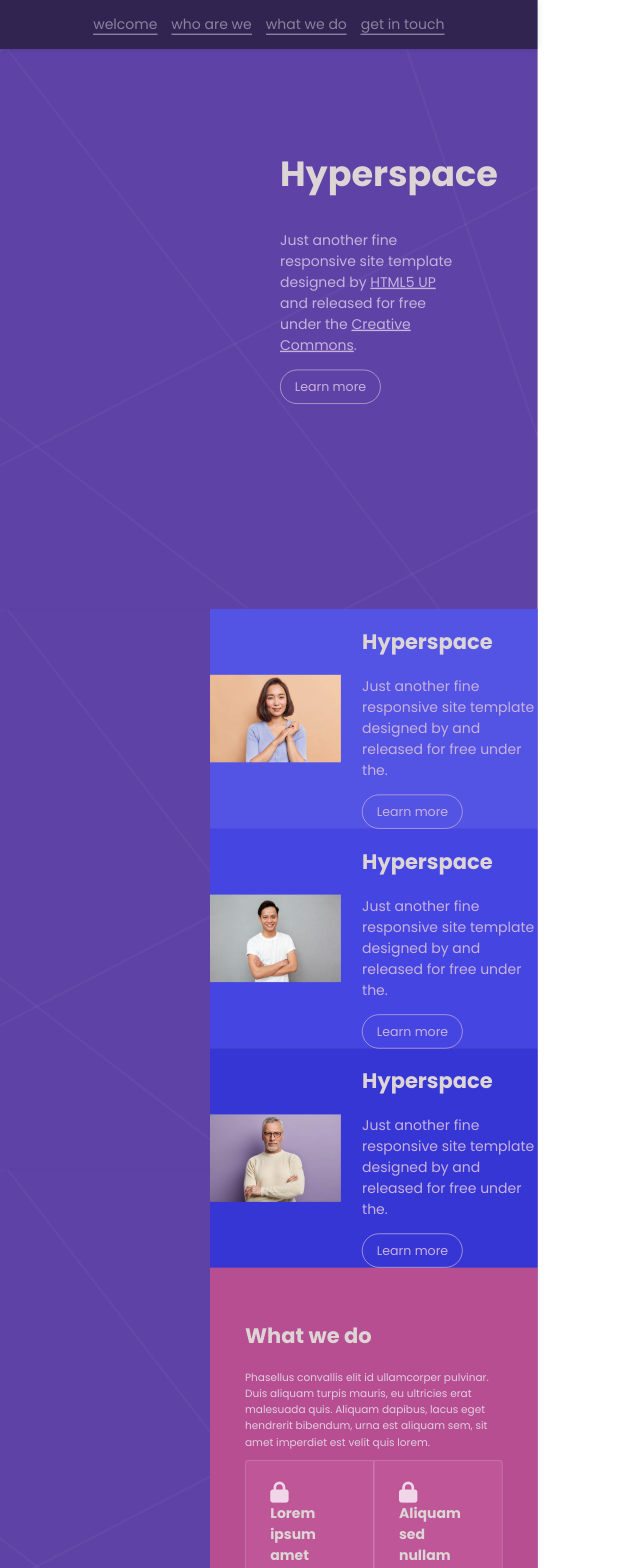
Repository: zai31/KIMIT_Tasks
Page: JsSession8/index.html
The author's editor kept a copy of each file at every save. The page is drawn from the files as they stood at one save, then again after a run of saves.
The browser window is 768 px wide. The page is 909 px wide, then 768 px, so the pictures cover 909 px, including what lies to the right of the window. The pictures show the part of the page from y = 0 to 2240 px (the page is 4439 px tall before and 3612 px after), at 70% of full size.
Backgrounds fixed to the window are drawn as part of the page.

Above is the page before, as saved 2025-09-16 17:01:39.

After the next 4 saves:
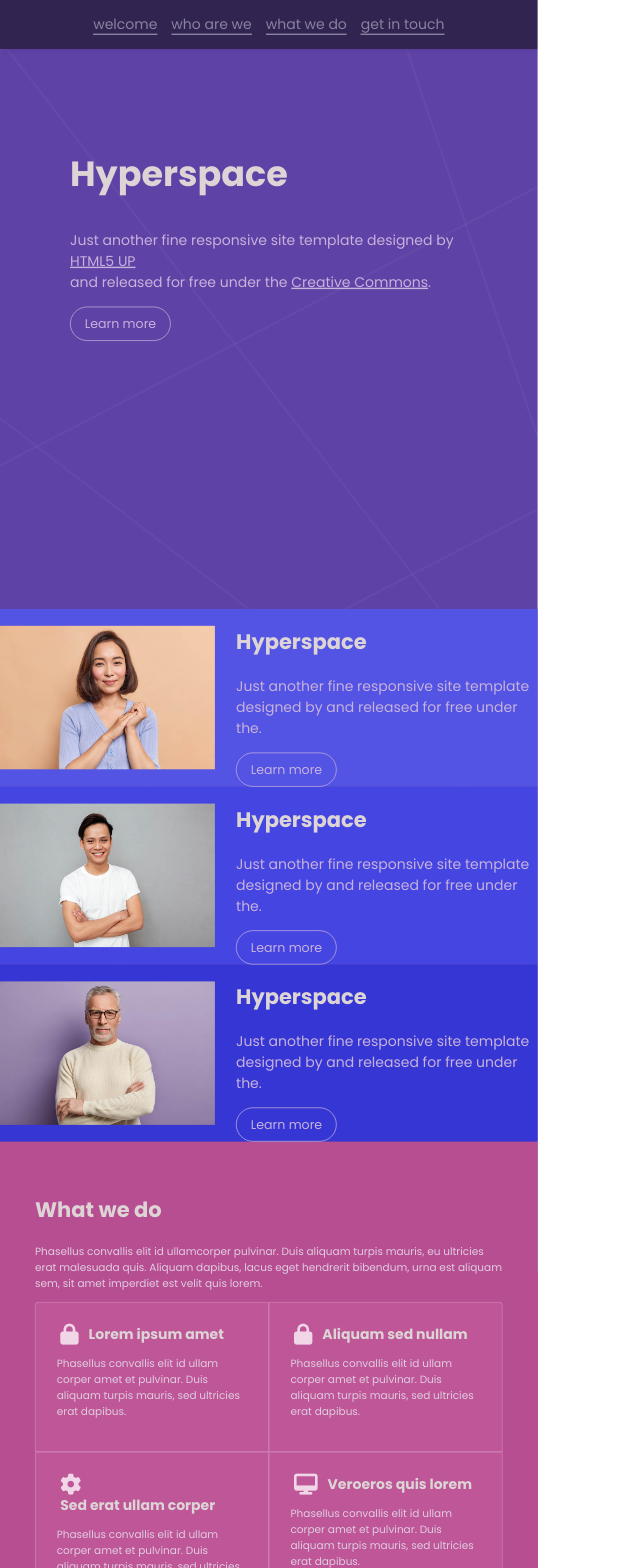
The 4 saves are shown as one change because they came seconds apart.
The last was saved 77 s later.
--- a/JsSession8/CSS/style.css
+++ b/JsSession8/CSS/style.css
@@ -198,6 +198,12 @@ body {
 }
 
 /**responsive**/
+@media screen and (max-width: 768px) {
+    .flex-section .section {
+        padding-left: 0; /* remove left offset since sidebar is gone */
+    }
+
+}
 
 
 /*content second section */
